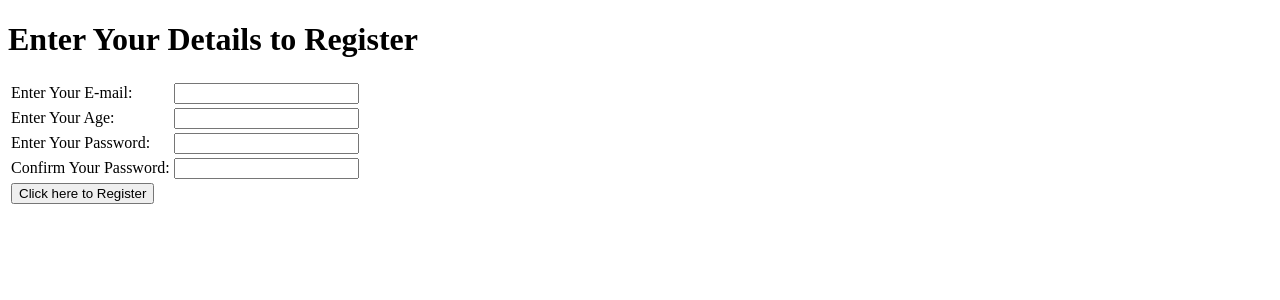
Repository: royalnavghans/JavaFullStackGit
Page: http://localhost/SpringAss2/WEB-INF/Register.jsp
An editor plug-in stored every save of this project. The page is shown before and after the next save, followed by the edit.
The browser window is 1280 px wide. The pictures show the whole page.
The page is served by Tomcat 9. Nobody is signed in. The template is opened directly, without the code that normally fills it, so the values that code supplies are empty.

Above is the page before, as saved 2022-12-04 10:37:51.

After the next save:
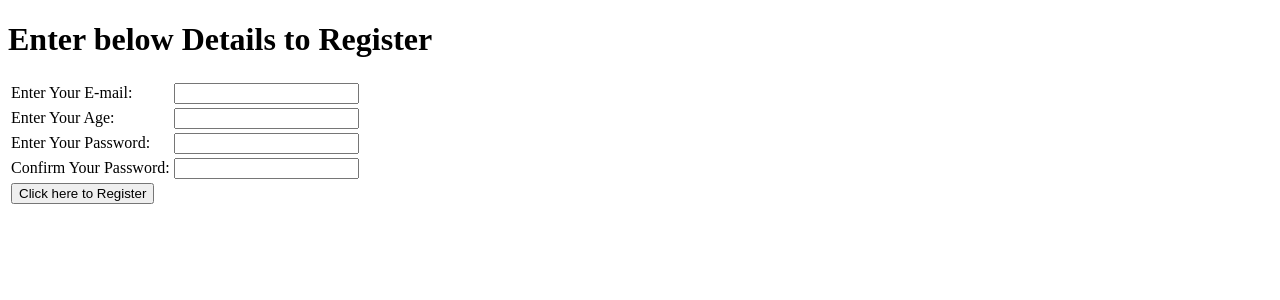
Saved 36 s later.
--- a/RoyalSpringProjects/RoyalSpringProjects/SpringAss2/src/main/webapp/WEB-INF/Register.jsp
+++ b/RoyalSpringProjects/RoyalSpringProjects/SpringAss2/src/main/webapp/WEB-INF/Register.jsp
@@ -13,7 +13,7 @@
 }
 </style>
 <body>
-	<h1>Enter Your Details to Register</h1>
+	<h1>Enter below Details to Register</h1>
 	<table>
 		<tbody>
 			<form:form action="validate" modelAttribute="cust">
